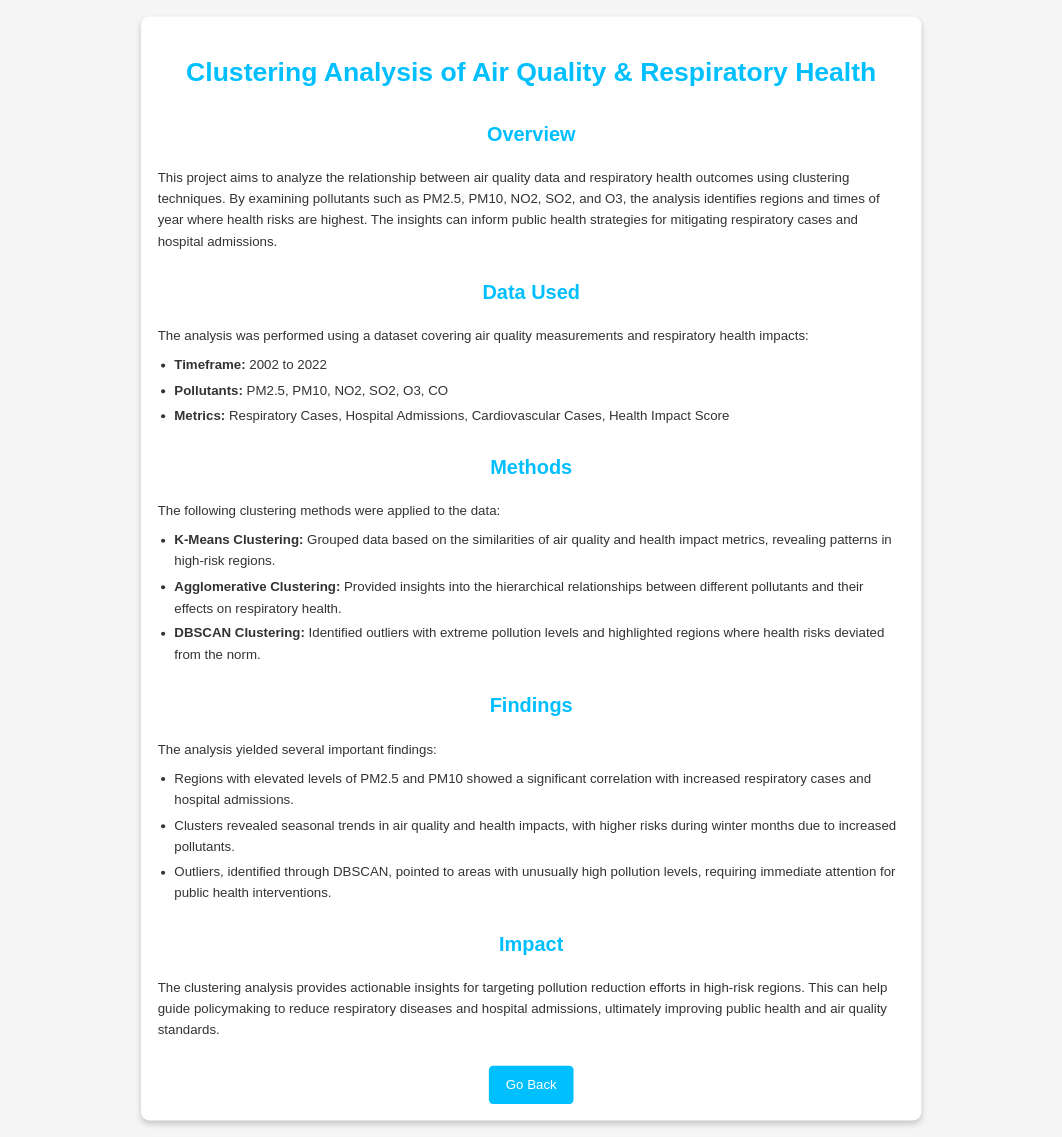
Repository: aminemnif/air-quality
Page: respiratory_cases/templates/clustering.html
These files come from the project's save history. The page is drawn as it stood at one moment and after the next save; the edit follows.
The browser window is 1280 px wide. The pictures show the whole page, at 83% of full size.
The template is drawn by Django 5.2. The application's start-up code is not run. Other server files are loaded and not shown. The template is opened directly, without the code that normally fills it, so the values that code supplies are empty.

Above is the page before, as saved 2025-01-11 21:01:49.

### respiratory_cases/templates/clustering.html
<!DOCTYPE html>
<html lang="en">
<head>
    <meta charset="UTF-8">
    <meta name="viewport" content="width=device-width, initial-scale=1.0">
    <title>Clustering Analysis of Air Quality & Respiratory Health</title>
    <style>
        body {
            font-family: Arial, sans-serif;
            line-height: 1.6;
            margin: 0;
            padding: 0;
            background-color: #f5f5f5;
            color: #333;
        }
        .container {
            max-width: 900px;
            margin: 20px auto;
            padding: 20px;
            background: #fff;
            border-radius: 10px;
            box-shadow: 0 4px 8px rgba(0, 0, 0, 0.2);
        }
        h1, h2, h3 {
            color: #00bfff;
            text-align: center;
        }
        h2 {
            margin-top: 30px;
        }
        .section {
            margin-bottom: 30px;
        }
        .section p {
            margin: 10px 0;
        }
        ul {
            margin: 10px 0;
            padding-left: 20px;
        }
        li {
            margin: 5px 0;
        }
        .button-container {
            text-align: center;
            margin-top: 20px;
        }
        .back-button {
            display: inline-block;
            padding: 10px 20px;
            font-size: 16px;
            color: #fff;
            background-color: #00bfff;
            text-decoration: none;
            border-radius: 5px;
            transition: background-color 0.3s;
        }
        .back-button:hover {
            background-color: #007acc;
        }
    </style>
</head>
<body>

    <div class="container">
        <h1>Clustering Analysis of Air Quality & Respiratory Health</h1>

        <div class="section">
            <h2>Overview</h2>
            <p>
                This project aims to analyze the relationship between air quality data and respiratory health outcomes using clustering techniques.
                By examining pollutants such as PM2.5, PM10, NO2, SO2, and O3, the analysis identifies regions and times of year where health risks are highest.
                The insights can inform public health strategies for mitigating respiratory cases and hospital admissions.
            </p>
        </div>

        <div class="section">
            <h2>Data Used</h2>
            <p>The analysis was performed using a dataset covering air quality measurements and respiratory health impacts:</p>
            <ul>
                <li><strong>Timeframe:</strong> 2002 to 2022</li>
                <li><strong>Pollutants:</strong> PM2.5, PM10, NO2, SO2, O3, CO</li>
                <li><strong>Metrics:</strong> Respiratory Cases, Hospital Admissions, Cardiovascular Cases, Health Impact Score</li>
            </ul>
        </div>

        <div class="section">
            <h2>Methods</h2>
            <p>The following clustering methods were applied to the data:</p>
            <ul>
                <li><strong>K-Means Clustering:</strong> Grouped data based on the similarities of air quality and health impact metrics, revealing patterns in high-risk regions.</li>
                <li><strong>Agglomerative Clustering:</strong> Provided insights into the hierarchical relationships between different pollutants and their effects on respiratory health.</li>
                <li><strong>DBSCAN Clustering:</strong> Identified outliers with extreme pollution levels and highlighted regions where health risks deviated from the norm.</li>
            </ul>
        </div>

        <div class="section">
            <h2>Findings</h2>
            <p>The analysis yielded several important findings:</p>
            <ul>
                <li>Regions with elevated levels of PM2.5 and PM10 showed a significant correlation with increased respiratory cases and hospital admissions.</li>
                <li>Clusters revealed seasonal trends in air quality and health impacts, with higher risks during winter months due to increased pollutants.</li>
                <li>Outliers, identified through DBSCAN, pointed to areas with unusually high pollution levels, requiring immediate attention for public health interventions.</li>
            </ul>
        </div>

        <div class="section">
            <h2>Impact</h2>
            <p>
                The clustering analysis provides actionable insights for targeting pollution reduction efforts in high-risk regions.
                This can help guide policymaking to reduce respiratory diseases and hospital admissions, ultimately improving public health and air quality standards.
            </p>
        </div>

        <div class="button-container">
            <a href="{% url 'home' %}" class="back-button">Go Back</a>
        </div>
    </div>

</body>
</html>

After the next save:
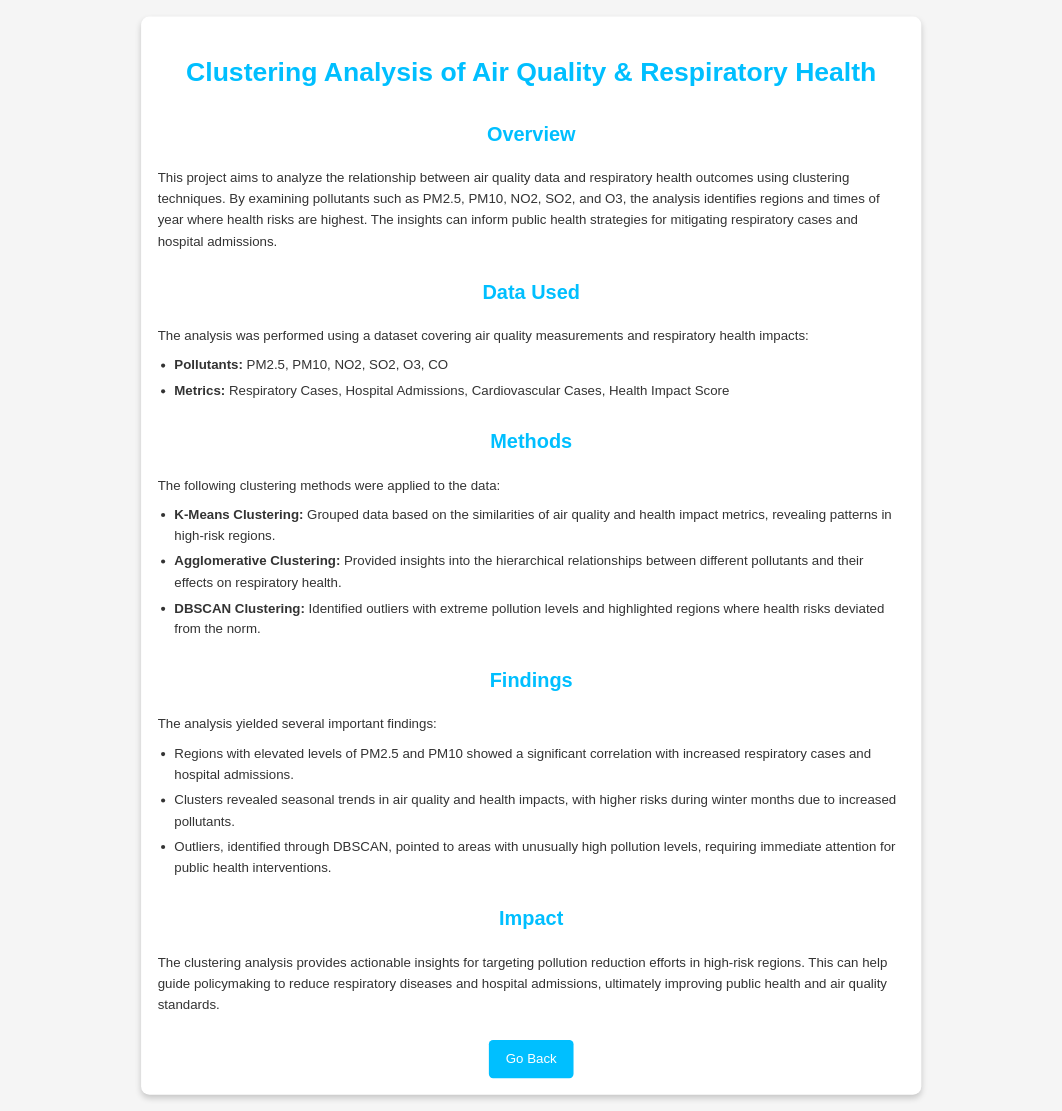
Saved 4 min 59 s later.
--- a/respiratory_cases/templates/clustering.html
+++ b/respiratory_cases/templates/clustering.html
@@ -78,7 +78,6 @@
             <h2>Data Used</h2>
             <p>The analysis was performed using a dataset covering air quality measurements and respiratory health impacts:</p>
             <ul>
-                <li><strong>Timeframe:</strong> 2002 to 2022</li>
                 <li><strong>Pollutants:</strong> PM2.5, PM10, NO2, SO2, O3, CO</li>
                 <li><strong>Metrics:</strong> Respiratory Cases, Hospital Admissions, Cardiovascular Cases, Health Impact Score</li>
             </ul>
